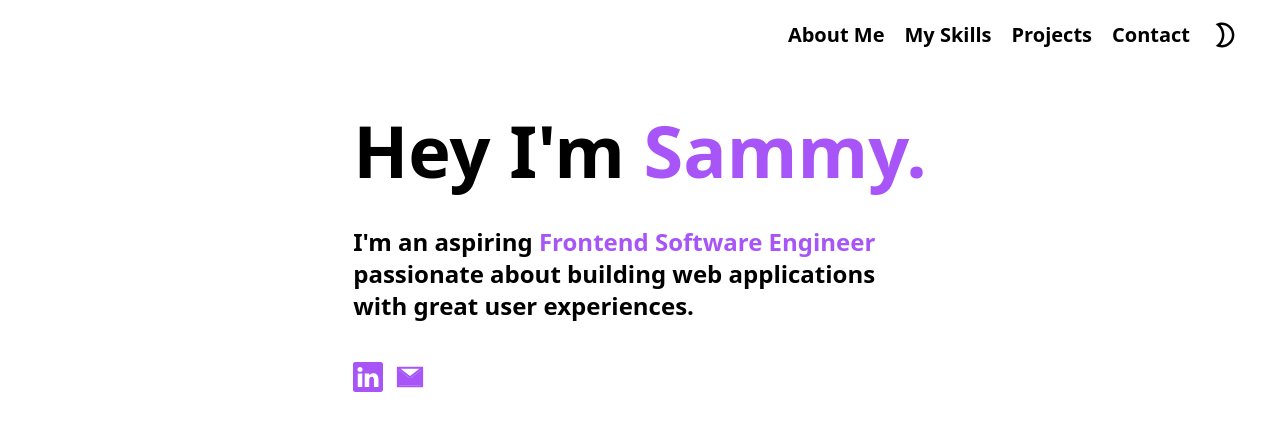
Repository: Al123Kudayyd/e-portfolio
Page: /
The author's editor kept a copy of each file at every save. The page is drawn from the files as they stood at one save, then again after a run of saves.
The browser window is 1280 px wide. The pictures show the whole page.
The project was rebuilt for these pictures with package versions that can differ from the ones it lists, and the page was loaded fresh each time. The framework's server and built-in components were replaced by stand-ins that run in the browser. Also part of the build but not shown: next.config.js.

Above is the page before, as saved 2023-06-06 22:27:27.

After the next 2 saves:
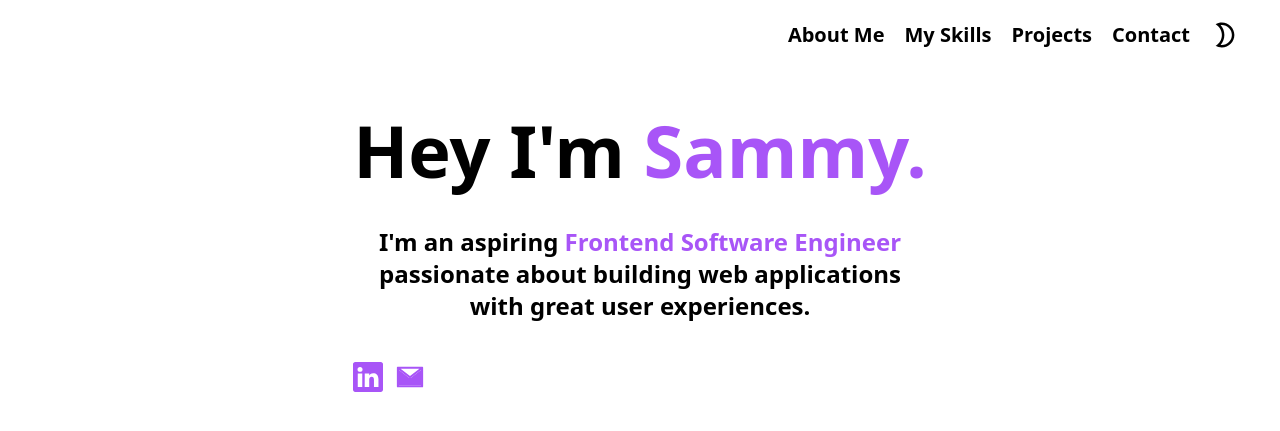
The 2 saves are shown as one change because they came seconds apart.
The last was saved 12 s later.
--- a/components/Info.tsx
+++ b/components/Info.tsx
@@ -4,7 +4,7 @@ import { AiTwotoneMail } from 'react-icons/ai'
 function Info() {
   return (
     <div className="overflow-hidden">
-        <div className="space-y-10 my-11 flex-col justify-center items-center">
+        <div className="space-y-10 my-11 flex-col text-center justify-center items-center">
           <h1 className="text-7xl font-bold">Hey I'm <span className="text-purple-500">Sammy.</span></h1>
           <h3 className="text-2xl font-semibold">I'm an aspiring <span className="text-purple-500">Frontend Software Engineer</span> <br /> passionate about building web applications <br /> with great user experiences.</h3>
           <div className="flex items-center space-x-3 text-3xl text-purple-500">
